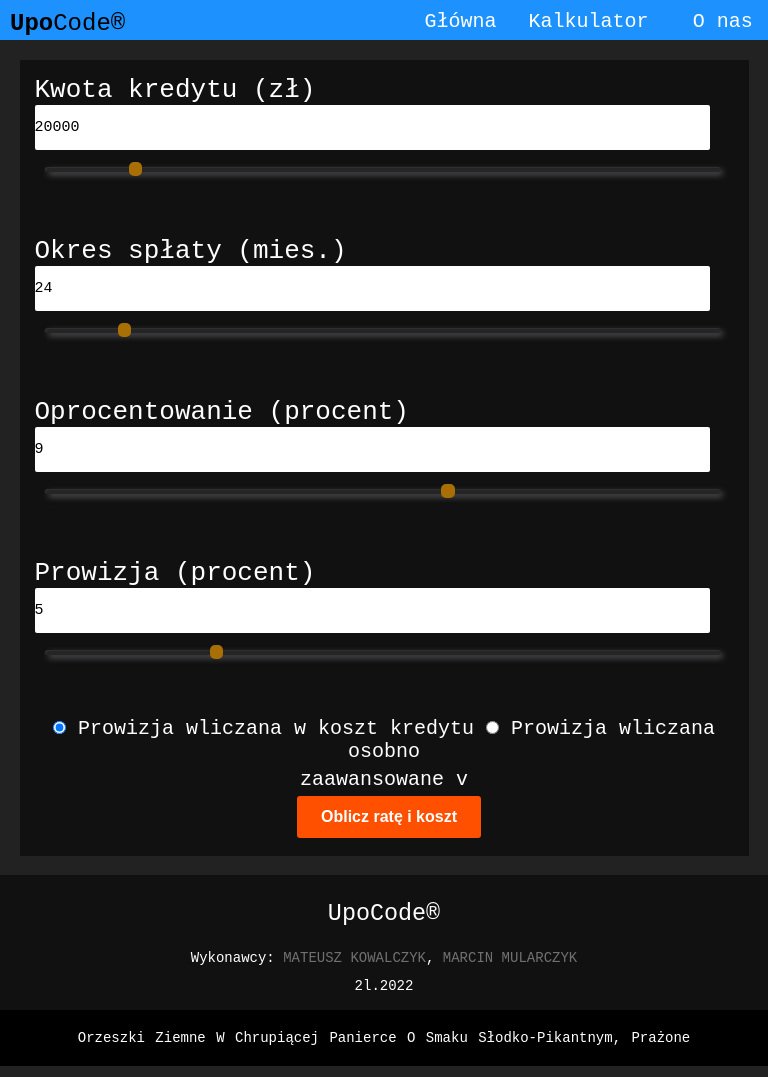
Repository: Klemingway/egzamin
Page: kalkulator.html
These files come from the project's save history. The page is drawn as it stood at one moment and after the next save; the edit follows.
The browser window is 768 px wide. The pictures show the whole page.

Above is the page before, as saved 2023-01-25 11:59:41.

After the next save:
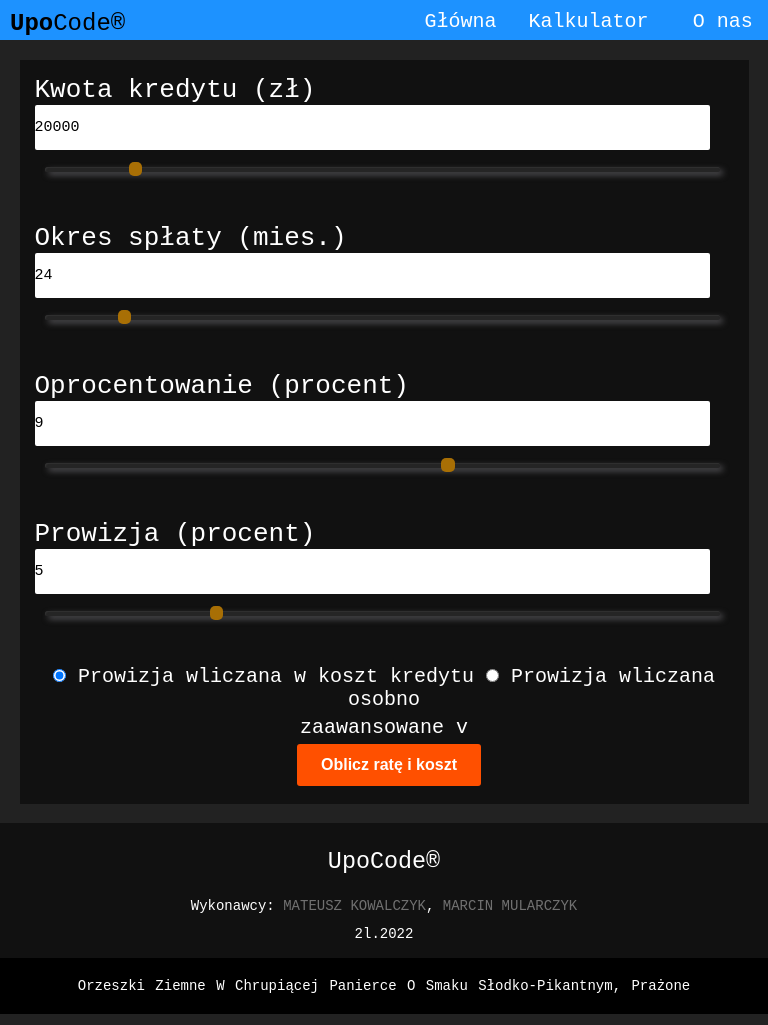
Saved 4 s later.
--- a/style/styl.css
+++ b/style/styl.css
@@ -263,7 +263,7 @@ footer {
         padding-right: 1em;
         width: 100%;
         padding-bottom: 0;
-        margin-bottom: 2em;
+        margin-bottom: 1.5em;
     }
     .slider {
         width: 100%;
